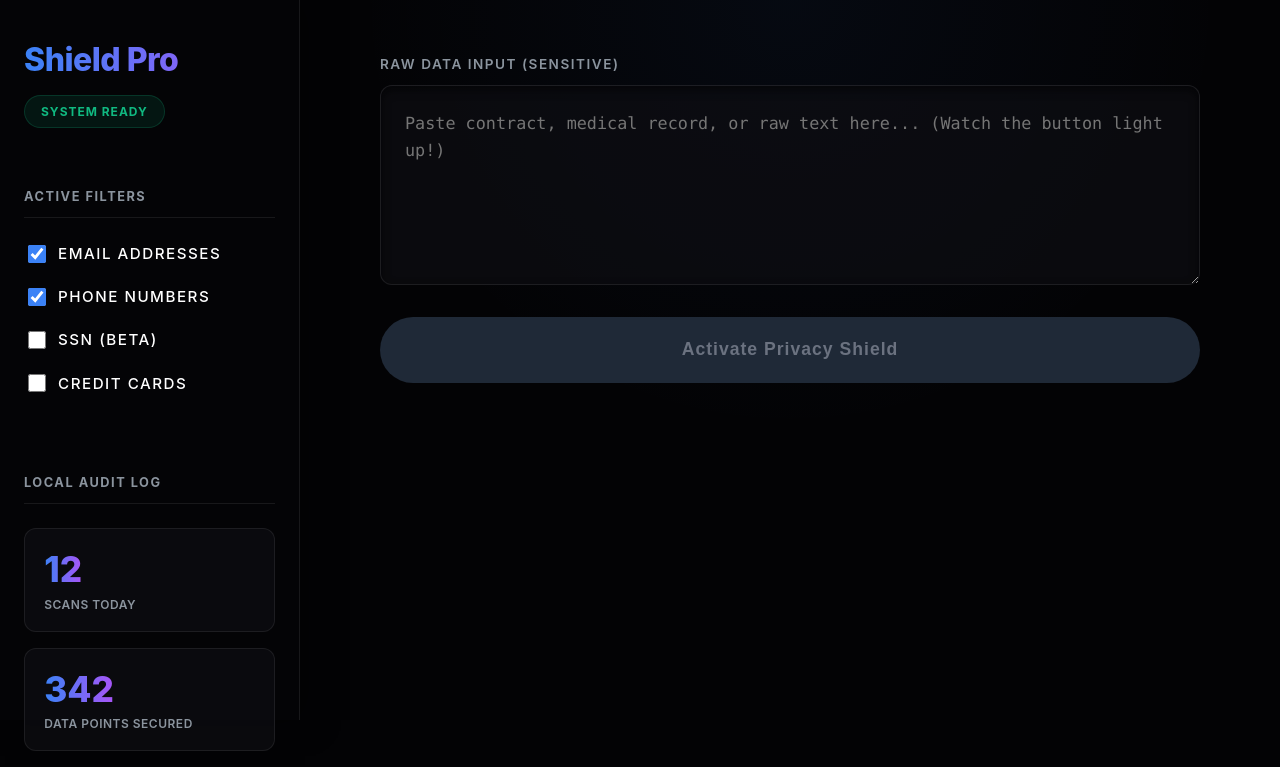
Repository: rrslt6d3/aditya-privacy-shield
Page: /
These files come from the project's save history. The page is drawn as it stood at one moment and after the next save; the edit follows.
The browser window is 1280 px wide. The pictures show the whole page.
The project was rebuilt for these pictures with package versions that can differ from the ones it lists, and the page was loaded fresh each time. Also part of the build but not shown: vite.config.ts.

Above is the page before, as saved 2026-02-22 17:19:11.

After the next save:
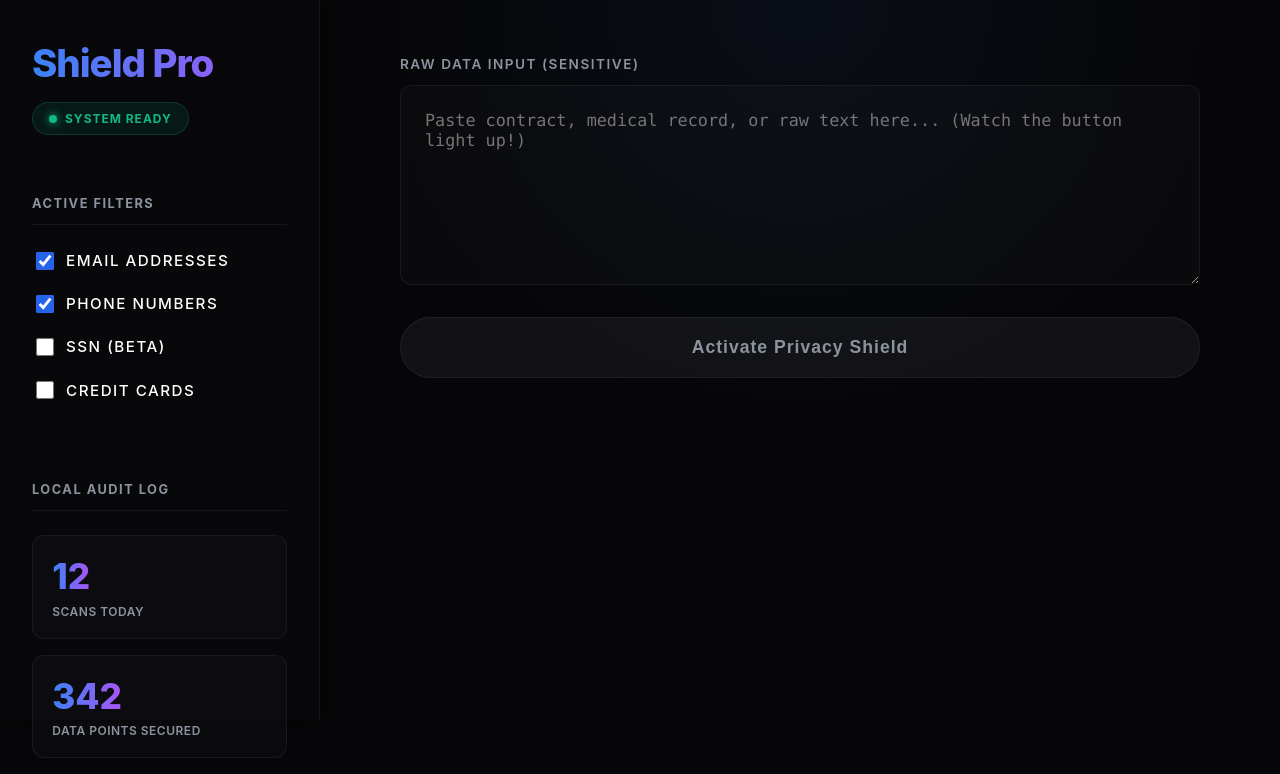
Saved 30 s later.
--- a/src/App.css
+++ b/src/App.css
@@ -1,23 +1,22 @@
 :root {
   /* Aditya Labs AI Official Palette */
-  --bg-gradient-start: #030305; /* Deep Void Black */
+  --bg-gradient-start: #060608;
   --bg-gradient-end: #0a0a0f;
-  --sidebar-bg: rgba(5, 5, 8, 0.85);
-  --panel-bg: rgba(15, 15, 20, 0.6);
+  --sidebar-bg: rgba(10, 10, 15, 0.5);
+  --panel-bg: rgba(20, 20, 25, 0.4);
 
   --text-main: #ffffff;
   --text-muted: #8b949e;
 
-  /* The "Aditya Labs" Blue-to-Purple Gradient */
+  /* The Exact Aditya Labs Gradient */
   --brand-gradient: linear-gradient(90deg, #3b82f6 0%, #a855f7 100%);
-  --accent-color: #3b82f6; /* Start Free Blue */
-  --accent-hover: #2563eb;
-
-  /* The "5 Min Setup" Green */
+  --accent-color: #2563eb; /* Vivid Blue */
+  --accent-hover: #1d4ed8;
+
   --success-color: #10b981;
   --success-bg: rgba(16, 185, 129, 0.1);
 
-  --border-color: rgba(255, 255, 255, 0.08);
+  --border-color: rgba(255, 255, 255, 0.06);
 }
 
 body {
@@ -36,39 +35,50 @@
 }
 
 .sidebar {
-  width: 300px;
+  width: 320px; /* Widened to fix cut-off text */
   background-color: var(--sidebar-bg);
   backdrop-filter: blur(20px);
   -webkit-backdrop-filter: blur(20px);
   border-right: 1px solid var(--border-color);
   display: flex;
   flex-direction: column;
-  padding: 2.5rem 1.5rem;
+  padding: 2.5rem 2rem;
   box-sizing: border-box;
-  box-shadow: 5px 0 30px rgba(0, 0, 0, 0.5);
+  box-shadow: 5px 0 30px rgba(0, 0, 0, 0.4);
   z-index: 10;
 }
 
 .brand-zone h1 {
-  font-size: 2rem;
+  font-size: 2.4rem;
   margin: 0 0 1rem 0;
-  letter-spacing: -0.5px;
+  letter-spacing: -1px;
   background: var(--brand-gradient);
   -webkit-background-clip: text;
   -webkit-text-fill-color: transparent;
   font-weight: 800;
+  white-space: nowrap; /* Forces text to stay on one line */
 }
 
 .status-badge {
-  display: inline-block;
+  display: inline-flex;
+  align-items: center;
+  gap: 8px;
   background: var(--success-bg);
   color: var(--success-color);
   padding: 0.5rem 1rem;
-  border-radius: 99px; /* Pill shape like the website tags */
+  border-radius: 99px; /* Pill shape */
   font-size: 0.75rem;
   font-weight: 700;
   border: 1px solid rgba(16, 185, 129, 0.2);
   letter-spacing: 1px;
+}
+
+.pulse-dot {
+  width: 8px;
+  height: 8px;
+  background-color: var(--success-color);
+  border-radius: 50%;
+  box-shadow: 0 0 8px var(--success-color);
 }
 
 .sidebar-section {
@@ -125,7 +135,7 @@
 
 .metric-box:hover {
   transform: translateY(-2px);
-  border-color: var(--accent-color);
+  border-color: rgba(59, 130, 246, 0.4);
   box-shadow: 0 4px 15px rgba(59, 130, 246, 0.1);
 }
 
@@ -151,7 +161,7 @@
   padding: 3.5rem 5rem;
   display: flex;
   flex-direction: column;
-  background: radial-gradient(circle at 50% 0%, rgba(59, 130, 246, 0.05), transparent 50%);
+  background: radial-gradient(circle at 50% 0%, rgba(59, 130, 246, 0.06), transparent 50%);
   overflow-y: auto;
 }
 
@@ -173,7 +183,7 @@
 textarea {
   width: 100%;
   min-height: 200px;
-  background: var(--panel-bg);
+  background: rgba(255, 255, 255, 0.02);
   border: 1px solid var(--border-color);
   color: var(--text-main);
   padding: 1.5rem;
@@ -183,41 +193,43 @@
   resize: vertical;
   transition: all 0.3s ease;
   box-sizing: border-box;
-  box-shadow: inset 0 4px 10px rgba(0,0,0,0.5);
-  line-height: 1.6;
 }
 
 textarea:focus {
   outline: none;
   border-color: var(--accent-color);
-  box-shadow: 0 0 0 2px rgba(59, 130, 246, 0.3), inset 0 4px 10px rgba(0,0,0,0.5);
-}
-
-/* Styled exactly like your "Start Free" button */
+  box-shadow: 0 0 0 2px rgba(59, 130, 246, 0.2);
+  background: rgba(255, 255, 255, 0.04);
+}
+
+/* The primary glowing button */
 .glow-button {
   width: 100%;
   background: var(--accent-color);
   color: white;
   border: none;
-  padding: 1.4rem;
-  border-radius: 99px; /* Pill shaped like the website */
+  padding: 1.2rem;
+  border-radius: 99px; /* Matches website pill shape */
   font-size: 1.1rem;
   font-weight: 700;
   cursor: pointer;
-  transition: all 0.3s cubic-bezier(0.4, 0, 0.2, 1);
+  transition: all 0.3s ease;
   margin-bottom: 1.5rem;
   letter-spacing: 1px;
+  box-shadow: 0 4px 15px rgba(37, 99, 235, 0.3);
 }
 
 .glow-button:hover:not(:disabled) {
   background: var(--accent-hover);
-  box-shadow: 0 8px 25px rgba(59, 130, 246, 0.4);
+  box-shadow: 0 6px 20px rgba(37, 99, 235, 0.5);
   transform: translateY(-2px);
 }
 
+/* Redesigned Disabled State (When text box is empty) */
 .glow-button:disabled {
-  background: #1f2937;
-  color: #6b7280;
+  background: rgba(255, 255, 255, 0.05);
+  color: var(--text-muted);
+  border: 1px solid var(--border-color);
   box-shadow: none;
   cursor: not-allowed;
 }
@@ -284,7 +296,7 @@
 }
 
 .fade-in {
-  animation: fadeIn 0.4s cubic-bezier(0.4, 0, 0.2, 1);
+  animation: fadeIn 0.4s ease;
 }
 
 @keyframes fadeIn {
